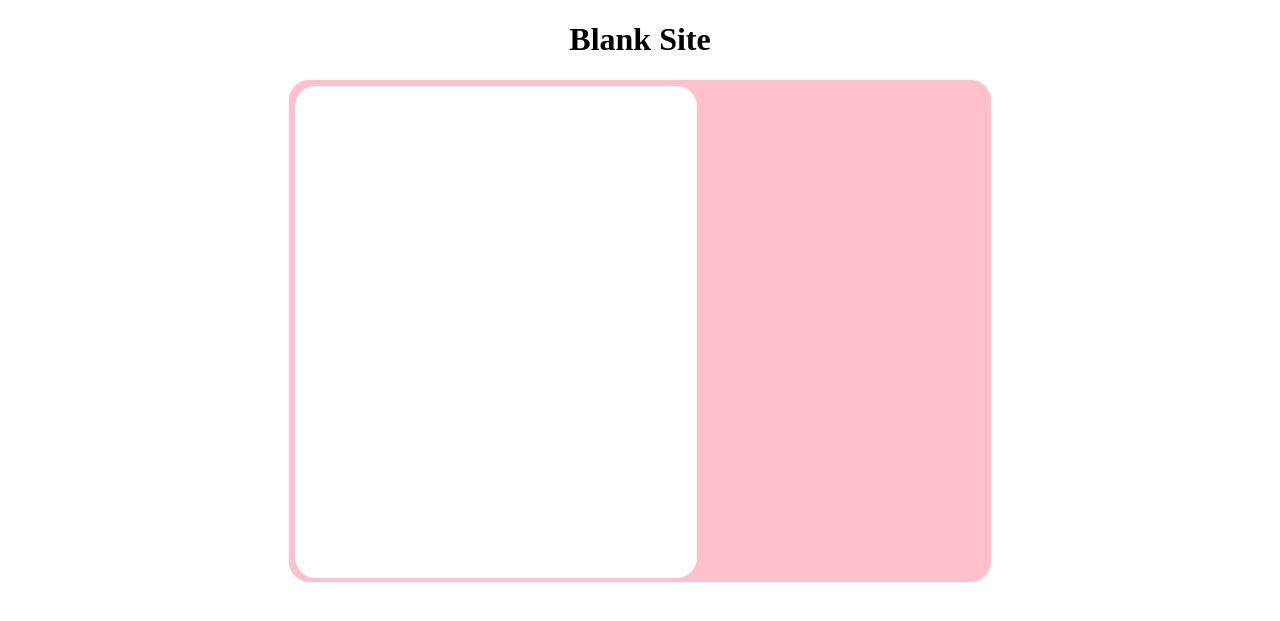
Repository: yhung004/Blank_Project
Page: index.html
The author's editor kept a copy of each file at every save. The page is drawn from the files as they stood at one save, then again after the next save.
The browser window is 1280 px wide. The pictures show the whole page.

Above is the page before, as saved 2024-04-04 02:35:30.

After the next save:
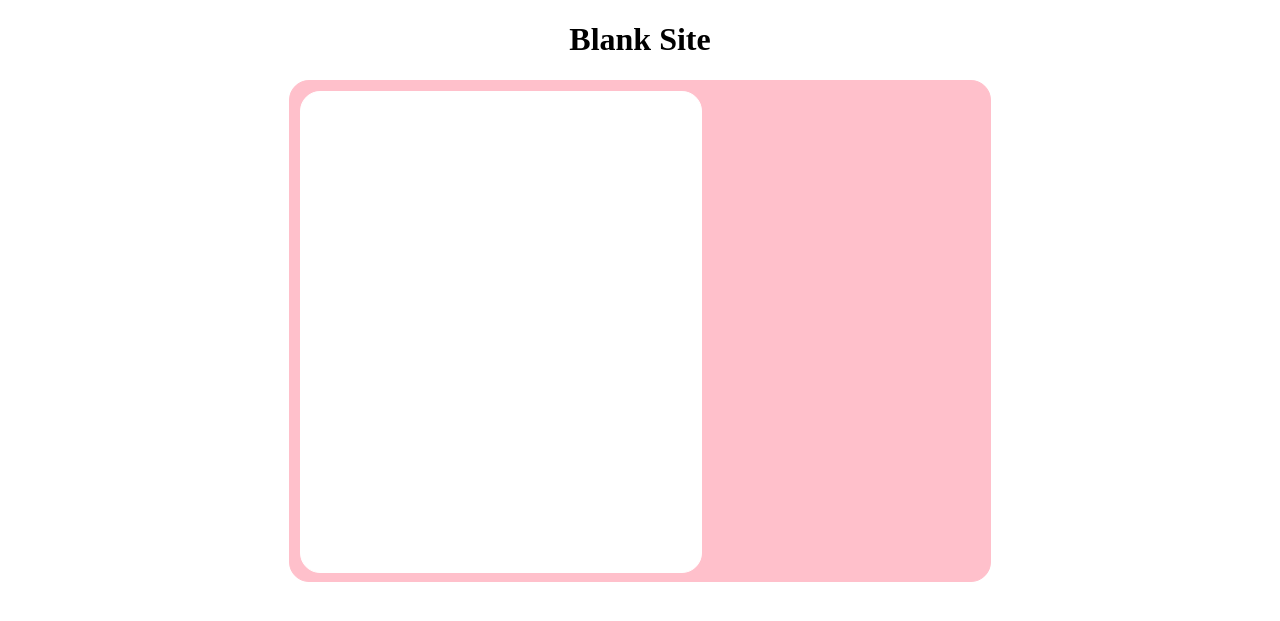
Saved 21 s later.
--- a/index.css
+++ b/index.css
@@ -10,10 +10,10 @@
     border-radius: 20px;
 }
 .container {
-    margin:5px;
+    margin:10px;
     background-color:white;
     width:400px;
-    height: 490px;
+    height: 480px;
     border :1px solid white;
     border-radius: 20px;
 }
